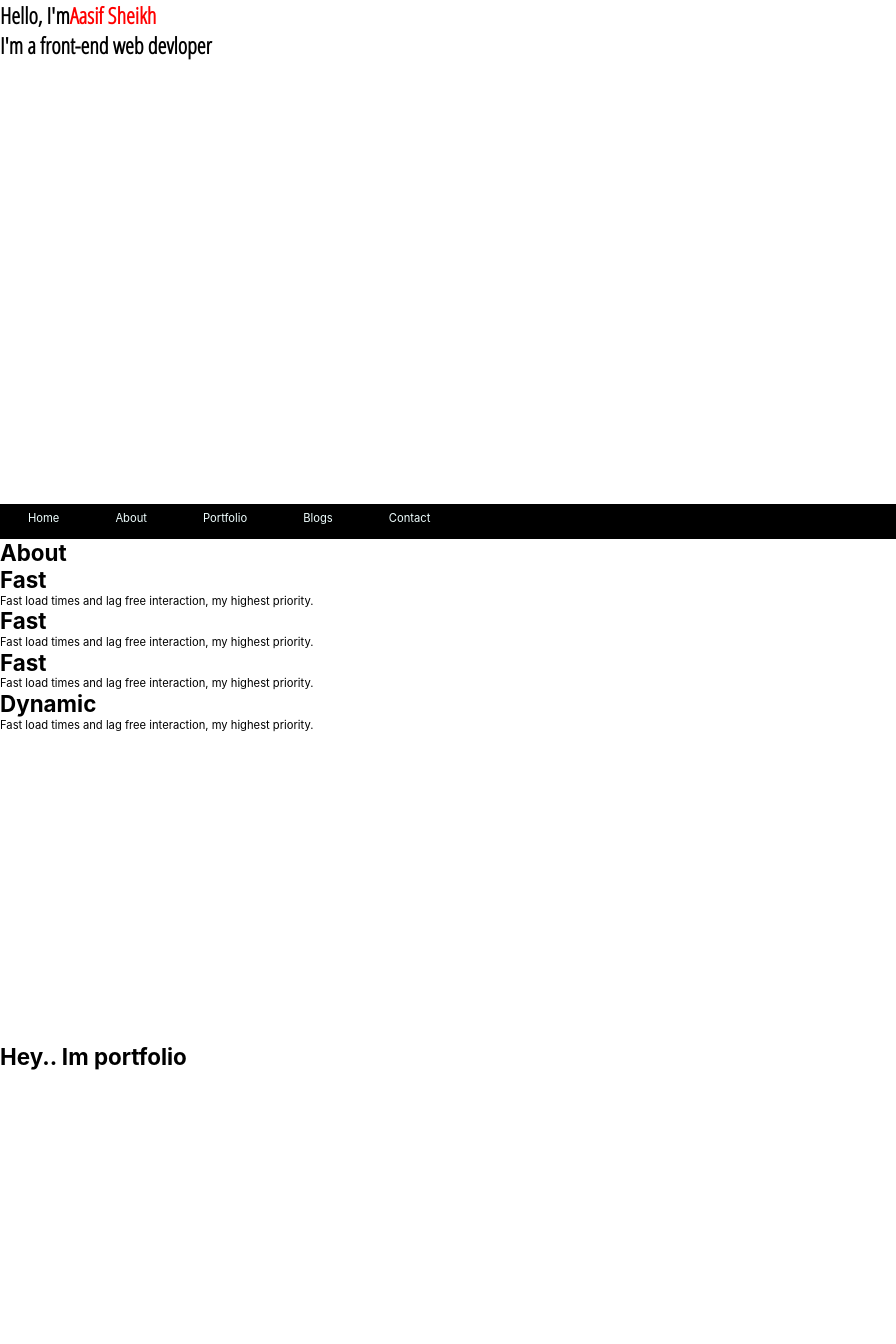
Repository: Aaasifsheikh/aasifsheikh-portfolio
Page: /
The author's editor kept a copy of each file at every save. The page is drawn from the files as they stood at one save, then again after a run of saves.
The browser window is 1280 px wide. The pictures show the part of the page from y = 0 to 1920 px (the page is 3650 px tall), at 70% of full size.
The project was rebuilt for these pictures with package versions that can differ from the ones it lists, and the page was loaded fresh each time.

Above is the page before, as saved 2020-12-05 15:11:34.

After the next 2 saves:
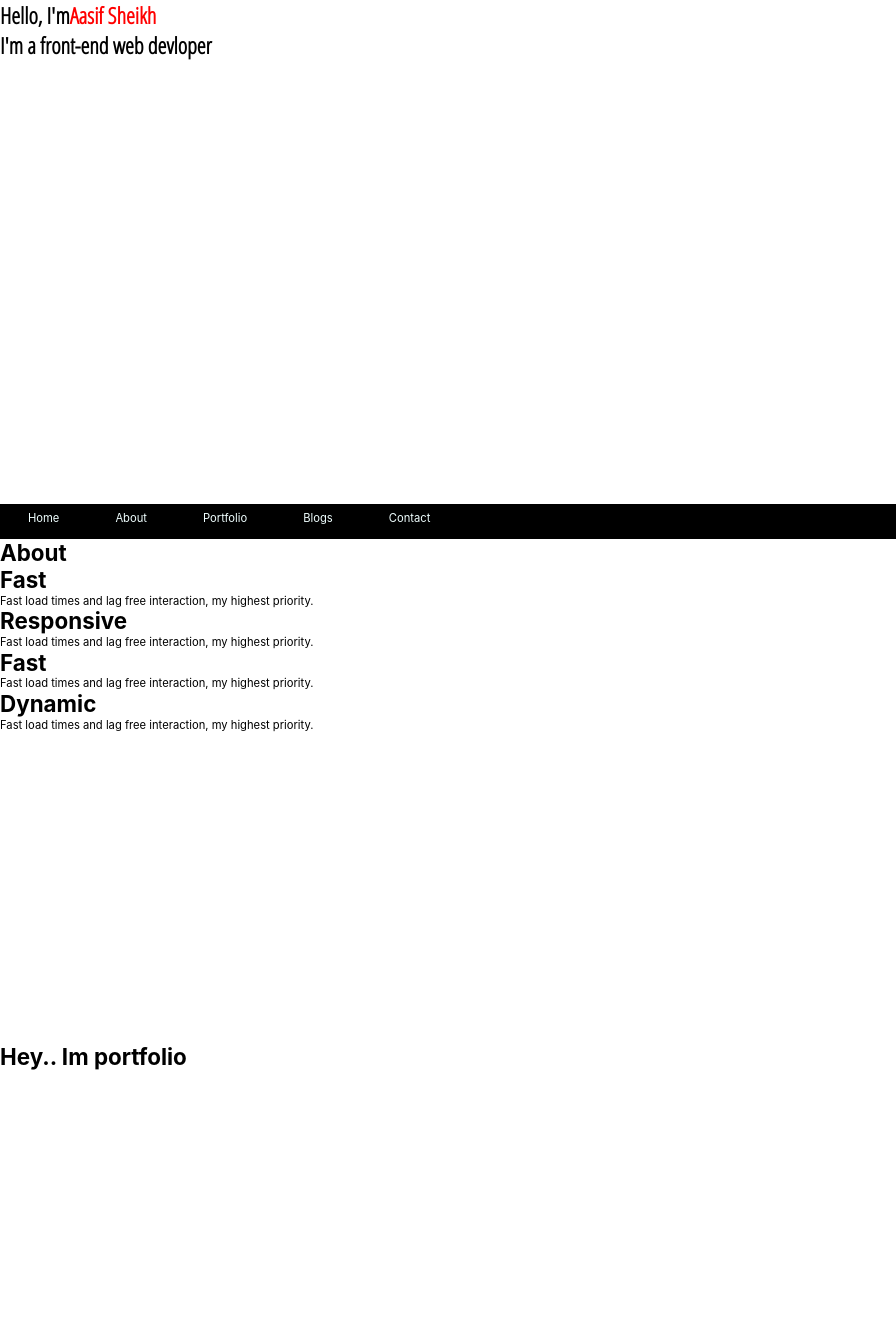
The 2 saves are shown as one change because they came seconds apart.
The last was saved 8 s later.
--- a/src/About.jsx
+++ b/src/About.jsx
@@ -14,7 +14,7 @@ function About() {
         </h1> <p>Fast load times and lag free interaction, my highest priority.</p>
         </div>
         <div className="responsive"><h1>
-          Fast
+          Responsive
         </h1> <p>Fast load times and lag free interaction, my highest priority.</p></div>
         <div className="intuitive"><h1>
           Fast
